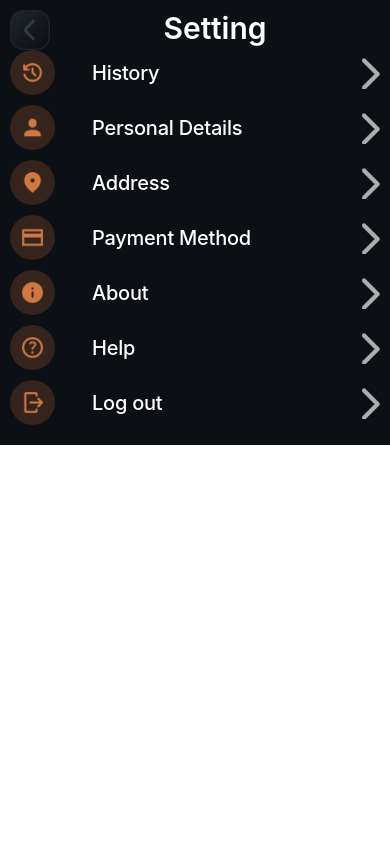
Repository: nguoilaisaochoi/App-coffe
Screen: /
The author's editor kept a copy of each file at every save. The screen is drawn from the files as they stood at one save, then again after the next save.
The app was drawn by React Native's web renderer in a window 390 px wide. The project was rebuilt for these pictures with package versions that can differ from the ones it lists, and the page was loaded fresh each time.

Above is the screen before, as saved 2024-01-13 09:06:45.

After the next save:
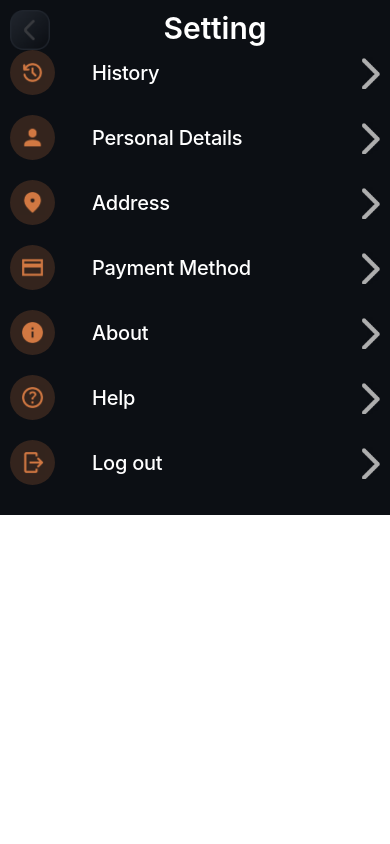
Saved 4 s later.
--- a/src/Setting.js
+++ b/src/Setting.js
@@ -141,7 +141,7 @@ const mystyle = StyleSheet.create({
     display: 'flex',
     flexDirection: 'row',
     alignItems: 'center',
-    marginBottom:10,
+    marginBottom:20,
   },
   text: {
     color: 'white',
